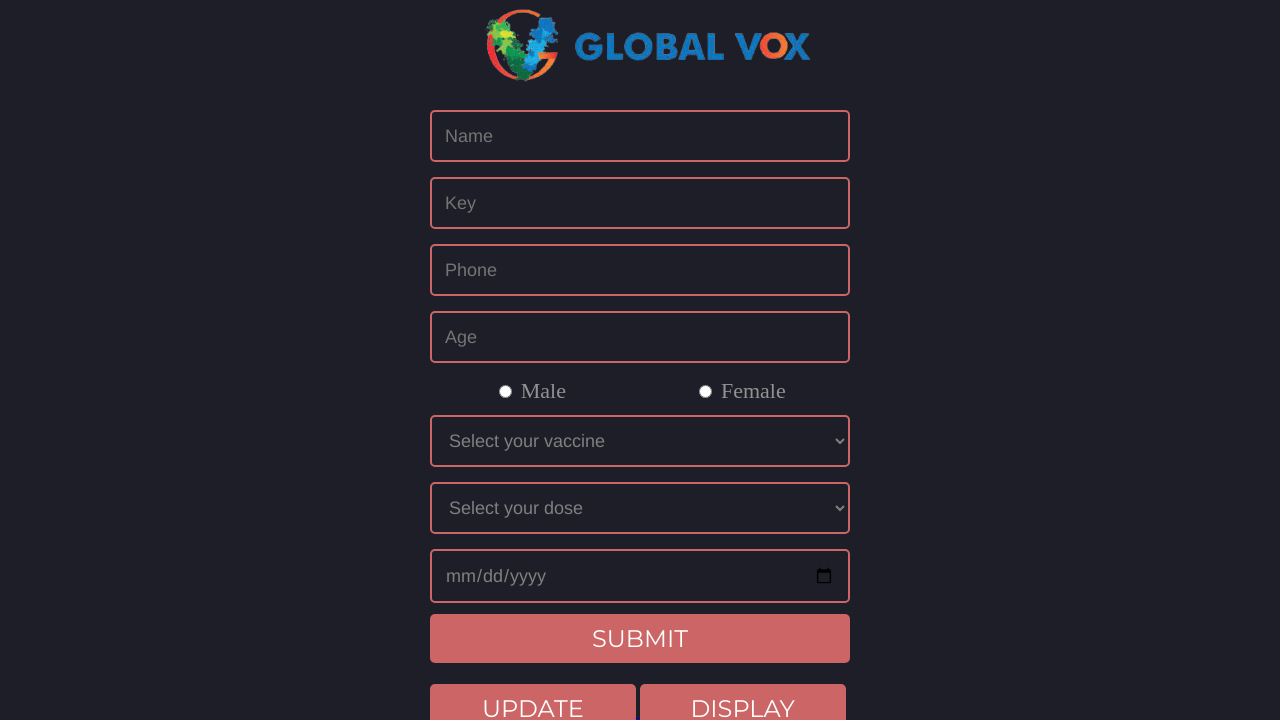
Repository: TheDARKFURY/Hyperledger-Fabric-Covid-Vaccine-Tracker-
Page: eclipse-workspace/FebDemoNew/src/main/webapp/index.html
These files come from the project's save history. The page is drawn as it stood at one moment and after the next save; the edit follows.
The browser window is 1280 px wide. The pictures show the whole page.

Above is the page before, as saved 2022-02-25 11:43:20.

### eclipse-workspace/FebDemoNew/src/main/webapp/index.html
<html>
<head>
<link rel="stylesheet" href="style.css" >
</head>
<body>

<div>
	<img src="globalvoximg-removebg.png"  class="img">
</div>

<form action="ClientApp">
  <input name="name" type="text" class="feedback-input" placeholder="Name" required="required"/>

  <input name="key" type="text" class="feedback-input" placeholder="Key" required="required" min="0"/>

  <input name="id" type="text" class="feedback-input" placeholder="Phone" required="required"/>

  <input name="age" type="number" class="feedback-input" placeholder="Age" min="0" required="required">

  <div class="gender" name="gender" required="required">
  <div>
  <input type="radio" name="gender" value="male"> Male</div>
  <div>
<input type="radio" name="gender" value="female" class="female"> Female</div>
</div>


  <select class="feedback-input" name="vaccinename" required="required">

    <option disabled selected>Select your vaccine</option>
    <option>Pfizer</option>
    <option>Moderna</option>
    <option>Covaxin</option>
    <option>Covishield</option>
    <option>Sputnik</option>
    <option>Zycov</option>
  </select>


  <select class="feedback-input" name="dose" required="required">

    <option disabled selected>Select your dose</option>
    <option>1</option>
    <option>2</option>
    <option>3</option>
    <option>4</option>
    <option>5</option>
    <option>6</option>
  </select>




  <input name="date-of-vaccination" type="date" class="feedback-input" placeholder="Date of Vaccination" required="required">


  <input type="submit" value="SUBMIT"/>


</form>
<div class="link-div">
 <a href="update.html">
    <button>UPDATE</button>
</a>

<a href="display.html">
        <button>DISPLAY</button>
</a>

</div>


</body>
</html>

### eclipse-workspace/FebDemoNew/src/main/webapp/style.css
@import url(https://fonts.googleapis.com/css?family=Montserrat:400,700);

body { background:rgb(30,30,40);position:fixed;top:0;left:0;bottom:0;right:0}
form { max-width:420px; margin:25px auto; }
.link-div{
	display:block;
	width:420px;
	margin:0 auto;
}
.feedback {
  color: grey;
  font-family: Helvetica, Arial, sans-serif;
  font-weight:500;
  font-size: 18px;
  line-height: 22px;
  transition: all 0.3s;
  outline:0;
  background: rgb(30,30,40);
  margin-left:0;
  margin-right:0;

}
.img{

  display: block;
 margin: 0 auto;
  width: 340px;


}

.feedback-input {
  color: grey;
  font-family: Helvetica, Arial, sans-serif;
  font-weight:500;
  font-size: 18px;
  border-radius: 5px;
  line-height: 22px;
  background-color: transparent;
  border:2px solid #CC6666;
  transition: all 0.3s;
  padding: 13px;
  margin-bottom: 15px;
  width:100%;
  box-sizing: border-box;
  outline:0;
}

.feedback-input option{    background: rgb(30,30,40);
  color: grey;padding: 10px;}
.gender{    font-size: 22px;
  color: #929292;
  display: flex;
  justify-content: space-around;
padding-bottom: 11px;
}


.female{
  padding-left: 20px;
}
feedback-input:focus { border:2px solid #CC4949; }

textarea {
  height: 150px;
  line-height: 150%;
  resize:vertical;
}
[type="submit"]{
	width: 100%;
}
a{
	padding:0;
}
button{
	width:49%;
	padding:0;
}
[type="submit"],button {
  font-family: 'Montserrat', Arial, Helvetica, sans-serif;
  background:#CC6666;
  border-radius:5px;
  border:0;
  cursor:pointer;
  color:white;
  font-size:24px;
  padding-top:10px;
  padding-bottom:10px;
  transition: all 0.3s;
  margin-top:-4px;
  font-weight:300;
}
[type="submit"]:hover { background:#CC4949; }

After the next save:
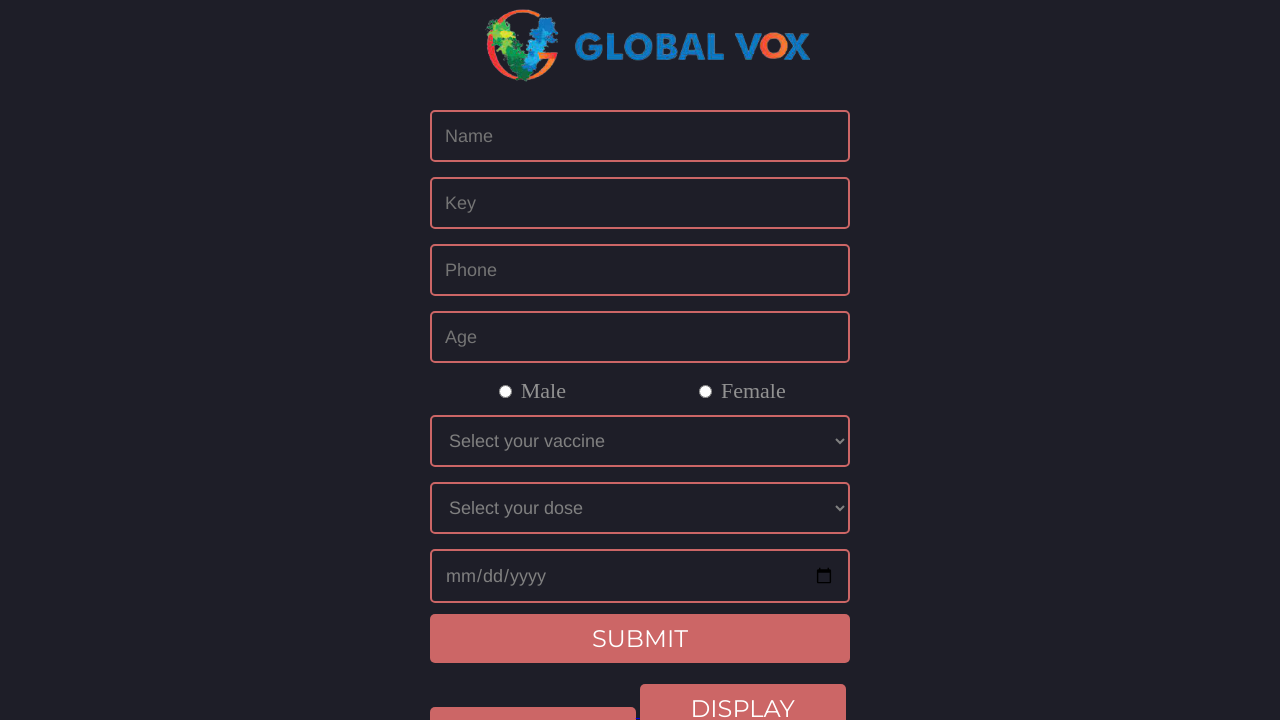
Saved 55 s later.
--- a/eclipse-workspace/FebDemoNew/src/main/webapp/index.html
+++ b/eclipse-workspace/FebDemoNew/src/main/webapp/index.html
@@ -60,7 +60,7 @@
 </form>
 <div class="link-div">
  <a href="update.html">
-    <button>UPDATE</button>
+    <button value="up"></button>
 </a>
 
 <a href="display.html">

After the save that followed:
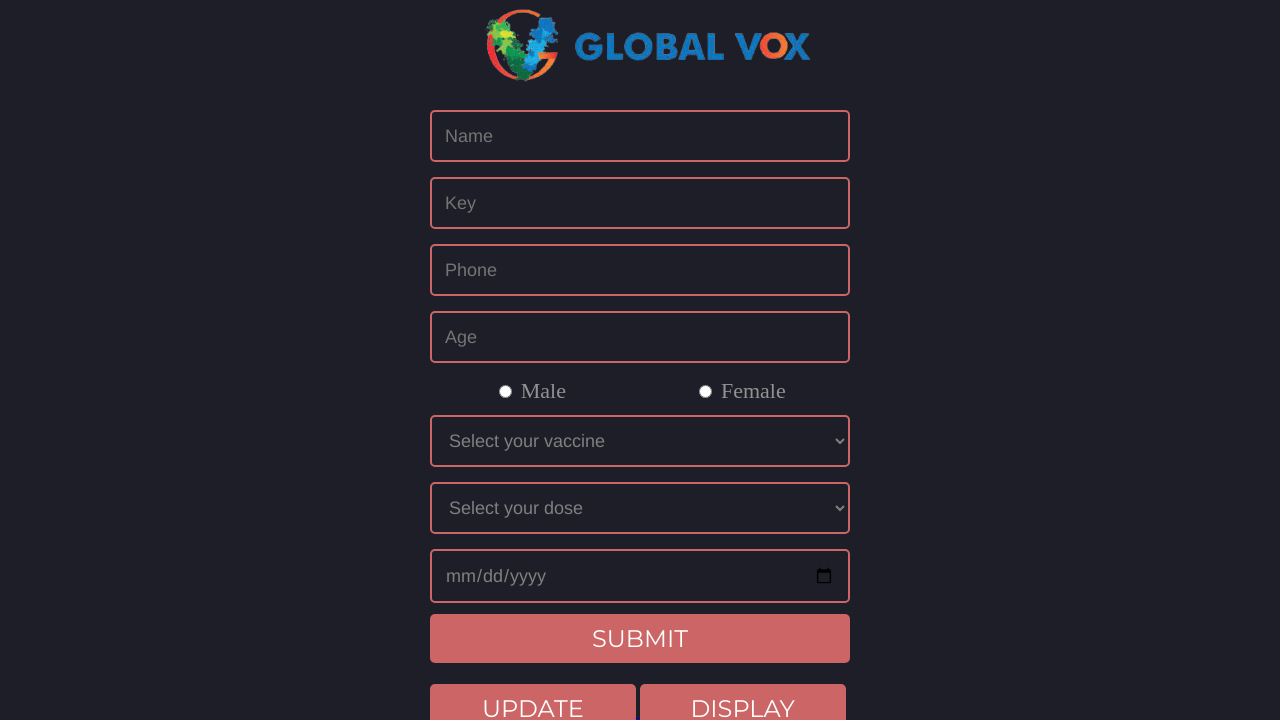
Saved 8 s later.
--- a/eclipse-workspace/FebDemoNew/src/main/webapp/index.html
+++ b/eclipse-workspace/FebDemoNew/src/main/webapp/index.html
@@ -60,7 +60,7 @@
 </form>
 <div class="link-div">
  <a href="update.html">
-    <button value="up"></button>
+    <button >UPDATE</button>
 </a>
 
 <a href="display.html">
